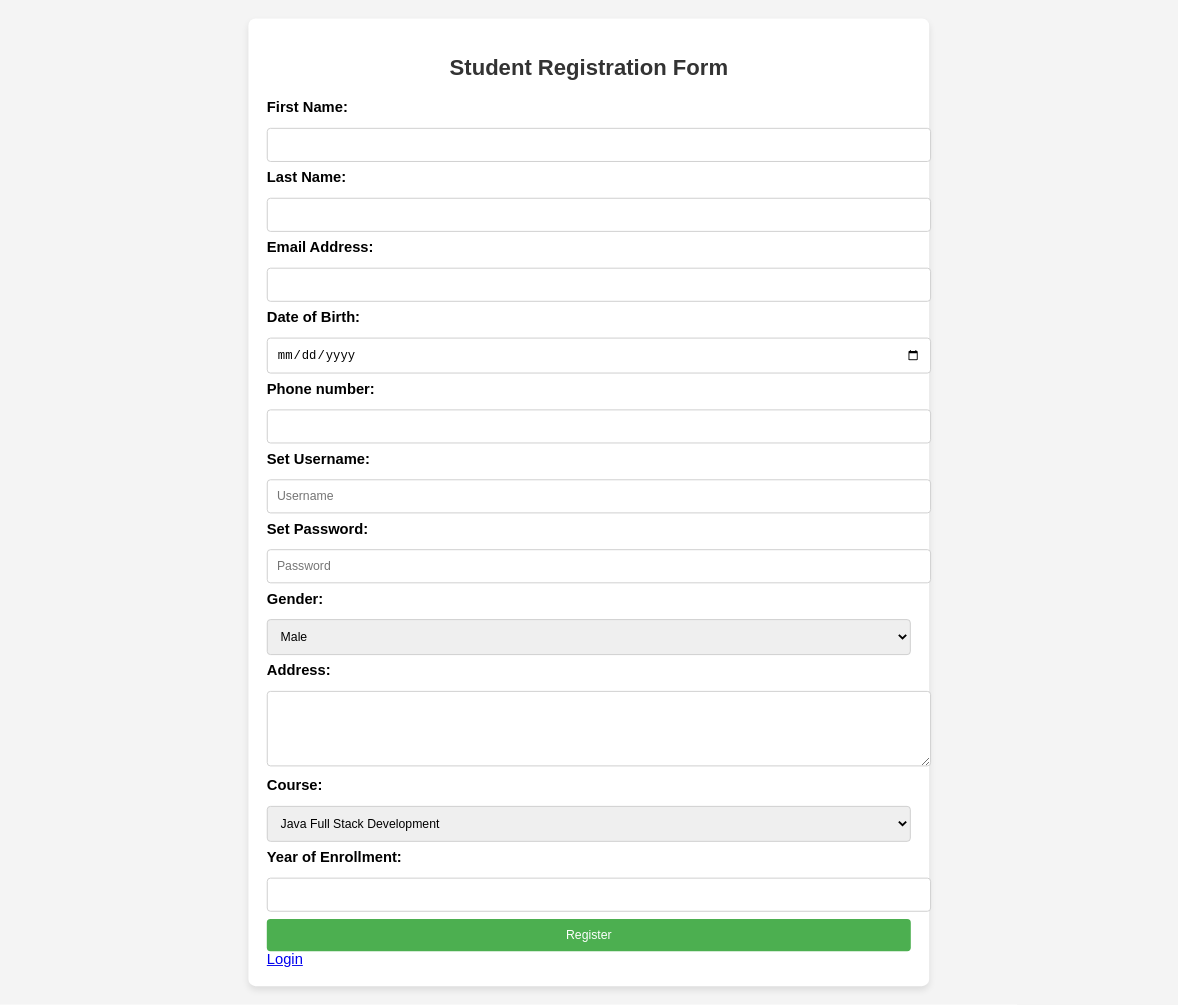
Repository: kkale14/My_allpr
Page: Kalyani1/src/main/webapp/Registration.html
An editor plug-in stored every save of this project. The page is shown before and after the next save, followed by the edit.
The browser window is 1280 px wide. The pictures show the whole page, at 92% of full size.

Above is the page before, as saved 2025-03-03 09:59:34.

After the next save:
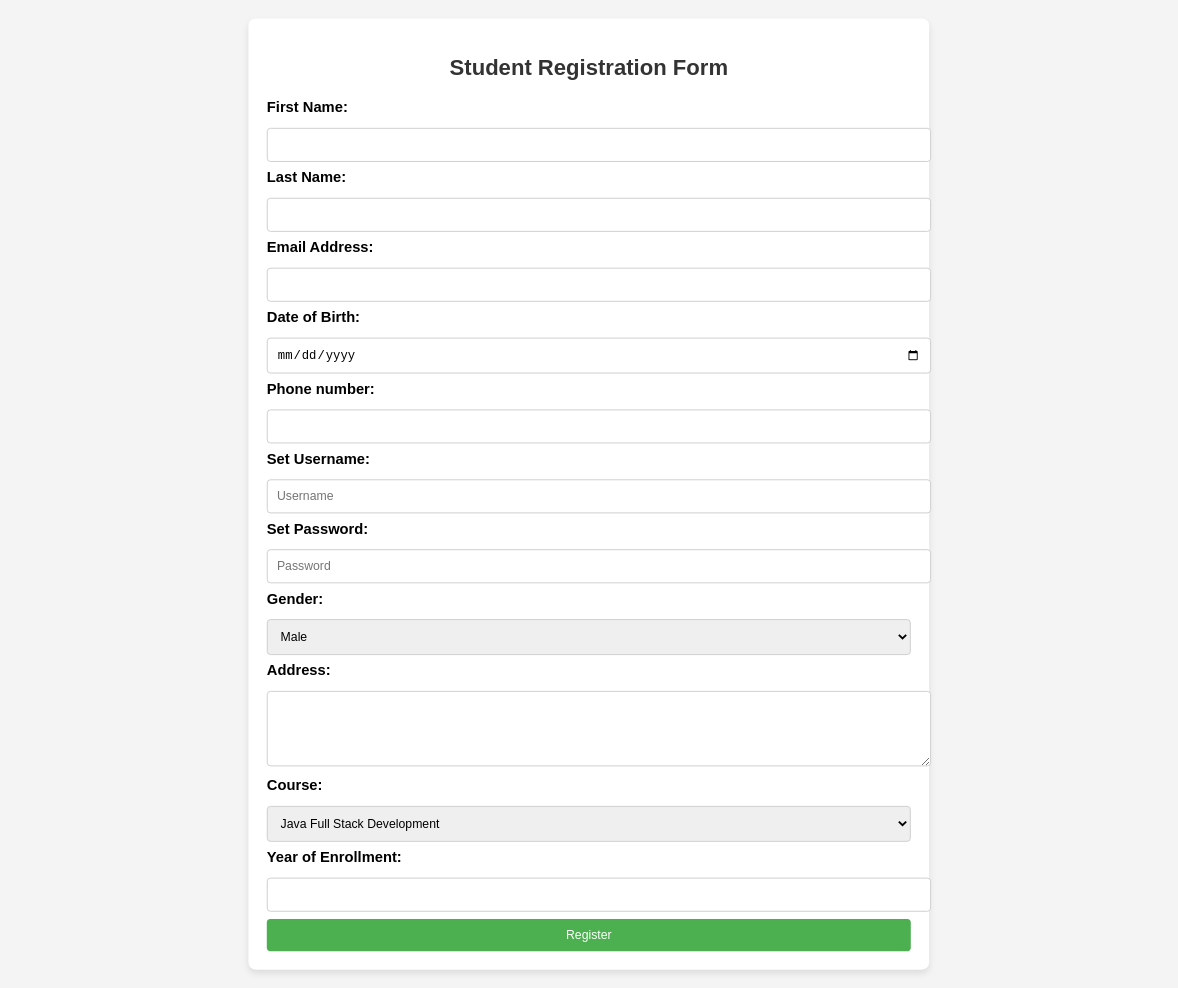
Saved 18 s later.
--- a/Kalyani1/src/main/webapp/Registration.html
+++ b/Kalyani1/src/main/webapp/Registration.html
@@ -112,7 +112,7 @@
 
             <!-- Submit Button -->
             <button type="submit" value="Submit">Register</button>
-            <a   value="login" href="Login.html" > Login</a>
+
         </form>
     </div>
 </body>
